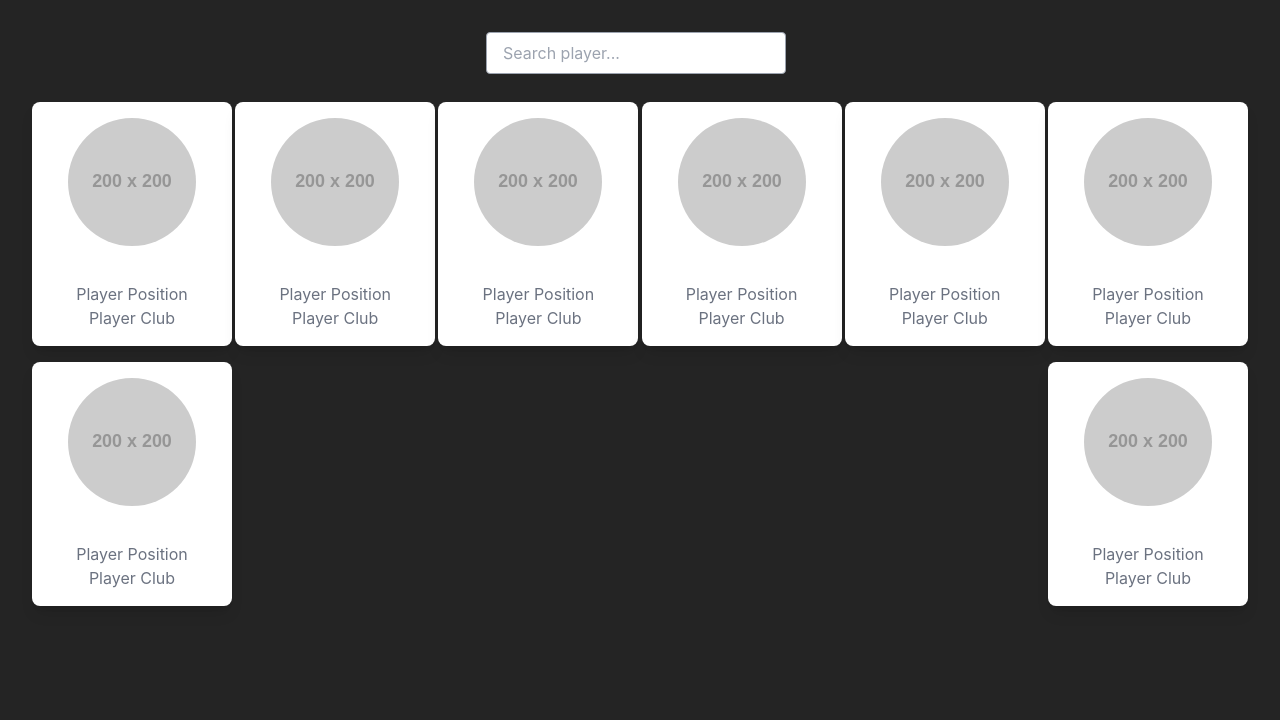
Repository: Hadra92i/movies-search-app
Page: /
An editor plug-in stored every save of this project. The page is shown before and after the next save, followed by the edit.
The browser window is 1280 px wide. The pictures show the whole page.
The project was rebuilt for these pictures with package versions that can differ from the ones it lists, and the page was loaded fresh each time. Also part of the build but not shown: vite.config.js.

Above is the page before, as saved 2023-11-01 12:01:28.

### index.html
<!doctype html>
<html lang="en">
  <head>
    <meta charset="UTF-8" />
    <link rel="icon" type="image/svg+xml" href="/vite.svg" />
    <meta name="viewport" content="width=device-width, initial-scale=1.0" />
    <title>Players SearchApp</title>
  </head>
  <body>
    <div id="root"></div>
    <script type="module" src="/src/main.jsx"></script>
  </body>
</html>

### src/main.jsx
import ReactDOM from 'react-dom/client'
import App from './App.jsx'
import './index.css'
import { Provider } from 'react-redux'
import { store } from './redux/store.js'

ReactDOM.createRoot(document.getElementById('root')).render(
  <Provider store={store}>
    <App />
  </Provider>,
)

### src/App.jsx

import './App.css'
import Players from './components/player/Players'

function App() {

  return (
    <>
      <Players/>
    </>
  )
}

export default App

### src/index.css
:root {
  font-family: Inter, system-ui, Avenir, Helvetica, Arial, sans-serif;
  line-height: 1.5;
  font-weight: 400;

  color-scheme: light dark;
  color: rgba(255, 255, 255, 0.87);
  background-color: #242424;

  font-synthesis: none;
  text-rendering: optimizeLegibility;
  -webkit-font-smoothing: antialiased;
  -moz-osx-font-smoothing: grayscale;
  -webkit-text-size-adjust: 100%;
}

@tailwind base;
@tailwind components;
@tailwind utilities;

### src/redux/store.js
import { configureStore } from "@reduxjs/toolkit";
import playerReducer from "./features/playerSlice";

export const store = configureStore({
    reducer: {
        player: playerReducer,
    },
    devTools: true,
});

### src/components/player/Players.jsx
// eslint-disable-next-line no-unused-vars
import React,{useState} from "react";
import PlayerCard from "./PlayerCard";

const Players = () => {
    const playersData = [
        { name: "John", age: 25, cardPlayer: true, id: 1 },
        { name: "Jane", age: 30, cardPlayer: false, id: 2 },
        { name: "Bob", age: 20, cardPlayer: true, id: 3 },
        { name: "Mary", age: 27, cardPlayer: false, id: 4 },
        { name: "John", age: 25, cardPlayer: true, id: 5 },
        { name: "Jane", age: 30, cardPlayer: false, id: 6 },
        { name: "Bob", age: 20, cardPlayer: true, id: 7 },
        { name: "Mary", age: 27, cardPlayer: false, id: 8 }
    ];

    // eslint-disable-next-line no-unused-vars
    const [players, setPlayers] = useState(playersData);
    const [searchTerm, setSearchTerm] = useState("");

    const handleSearch = (event) => {
        setSearchTerm(event.target.value);
    };

    const filteredPlayers = players.filter((player) => {
        return player.name.toLowerCase().includes(searchTerm.toLowerCase());
    });

    return (
        <>
            <div className="flex justify-center items-center mb-5">
                <input
                    type="text"
                    placeholder="Search player..."
                    value={searchTerm}
                    onChange={handleSearch}
                    className="border border-gray-400 rounded py-2 px-4 mr-2 w-[300px]"
                />
            </div>
            <div className="flex justify-between items-center flex-wrap">
                {filteredPlayers.map((player) => {
                    return (
                        <PlayerCard
                            key={player.id}
                            name={player.name}
                            age={player.age}
                        />
                    );
                })}
            </div>
        </>
    );
};

export default Players;

### src/redux/features/playerSlice.js
import { createAsyncThunk, createSlice } from "@reduxjs/toolkit";
import PlayerService from "../../services/playerService";

const initialState = [];

export const getAllPlayers = createAsyncThunk(
    "players/getAllPlayers",
    async () => {
        const response = await PlayerService.getAllPlayers();
        return response.data;
    }
);

export const playerSlice = createSlice({
    name: "player",
    initialState,
    reducers: {},
    extraReducers: {
        [getAllPlayers.fulfilled]: (state, action) => {
            return [...action.payload];
        },
    },
});

export default playerSlice.reducer;

### src/components/player/PlayerCard.jsx
// eslint-disable-next-line no-unused-vars
import React from "react";

const PlayerCard = () => {
    return (
        <div className="bg-white rounded-lg shadow-lg p-4 my-2 w-[200px]">
            <img
                className="w-32 h-32 rounded-full mx-auto"
                src="https://via.placeholder.com/200"
                alt="Player Avatar"
            />
            <div className="text-center mt-2">
                <h3 className="text-lg font-medium">Player Name</h3>
                <p className="text-gray-500">Player Position</p>
                <p className="text-gray-500">Player Club</p>
            </div>
        </div>
    );
};

export default PlayerCard;

### src/services/playerService.js
// eslint-disable-next-line no-unused-vars
import axiosObj from "../http-common";

const getAllPlayers = () => {
    return axiosObj.get("/players");
};

const PlayerService = {
    getAllPlayers,
};

export default PlayerService;

### src/http-common.js
import axios from "axios";

const API_KEY = "9d2758a612msh2661c98a1972a2cp155232jsn62f754d1238a";
const BASE_URL = "https://api-football-v1.p.rapidapi.com/v3";

const axiosObj = axios.create({
    baseURL: BASE_URL,
    headers: {
        "x-rapidapi-key": API_KEY,
        "x-rapidapi-host": "api-football-v1.p.rapidapi.com",
    },
});

export default axiosObj;

Loaded but not shown: src/App.css (common file); tailwind.config.js (common file)

After the next save:
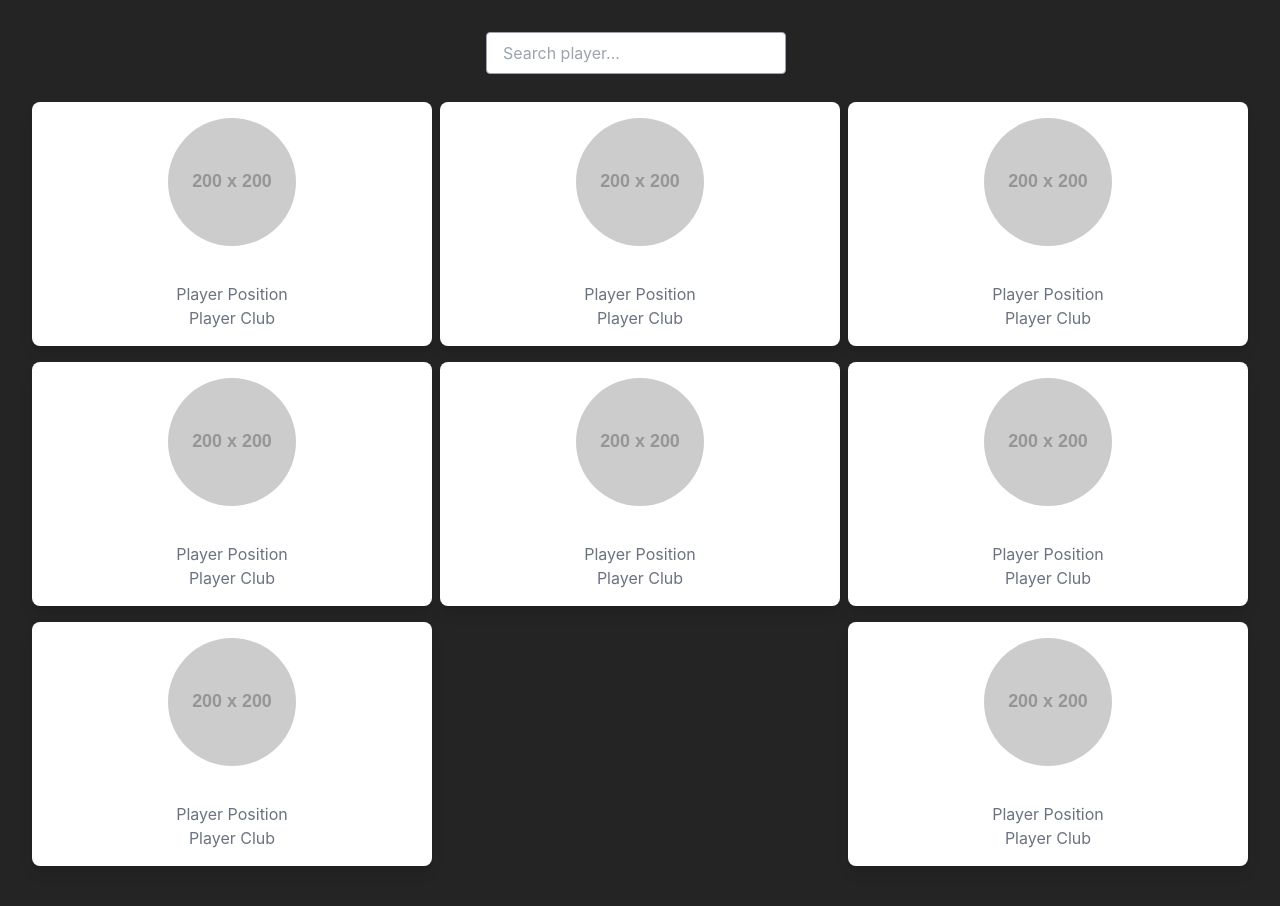
Saved 8 s later.
--- a/src/components/player/PlayerCard.jsx
+++ b/src/components/player/PlayerCard.jsx
@@ -3,7 +3,7 @@
 
 const PlayerCard = () => {
     return (
-        <div className="bg-white rounded-lg shadow-lg p-4 my-2 w-[200px]">
+        <div className="bg-white rounded-lg shadow-lg p-4 my-2 w-[400px]">
             <img
                 className="w-32 h-32 rounded-full mx-auto"
                 src="https://via.placeholder.com/200"

After the save that followed:
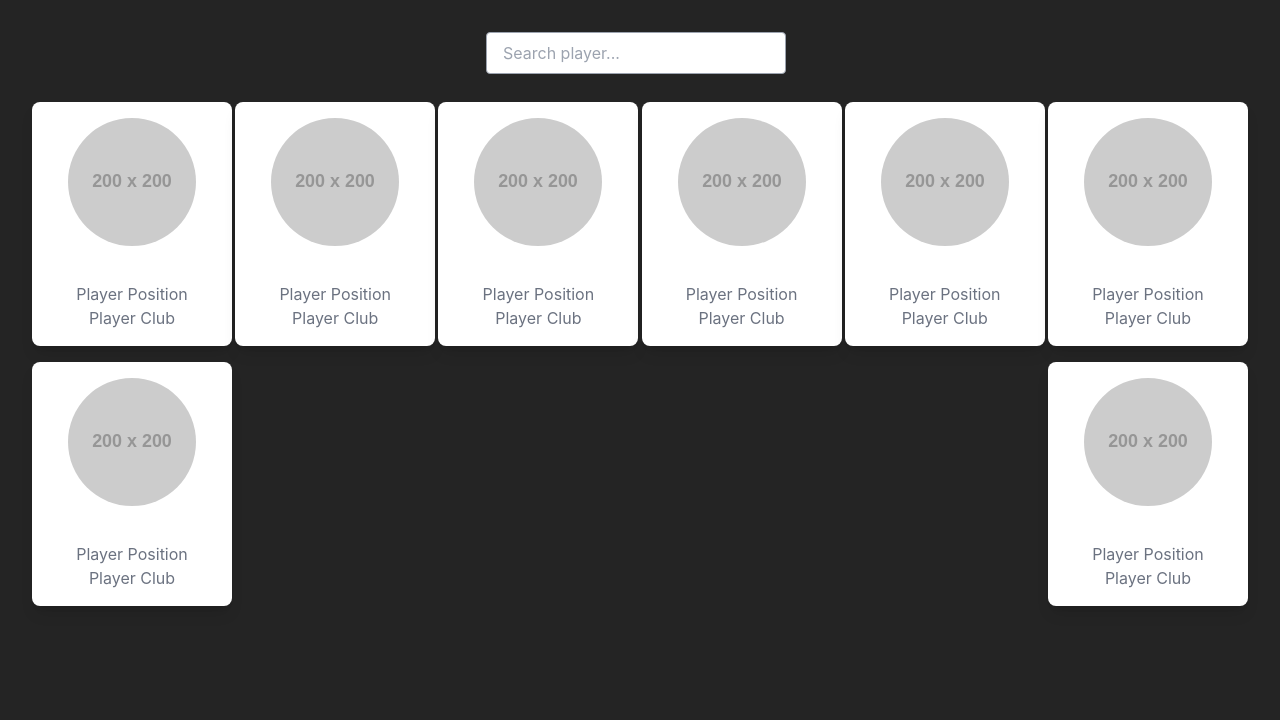
Saved 7 s later.
--- a/src/components/player/PlayerCard.jsx
+++ b/src/components/player/PlayerCard.jsx
@@ -3,7 +3,7 @@
 
 const PlayerCard = () => {
     return (
-        <div className="bg-white rounded-lg shadow-lg p-4 my-2 w-[400px]">
+        <div className="bg-white rounded-lg shadow-lg p-4 my-2 w-[200px]">
             <img
                 className="w-32 h-32 rounded-full mx-auto"
                 src="https://via.placeholder.com/200"
